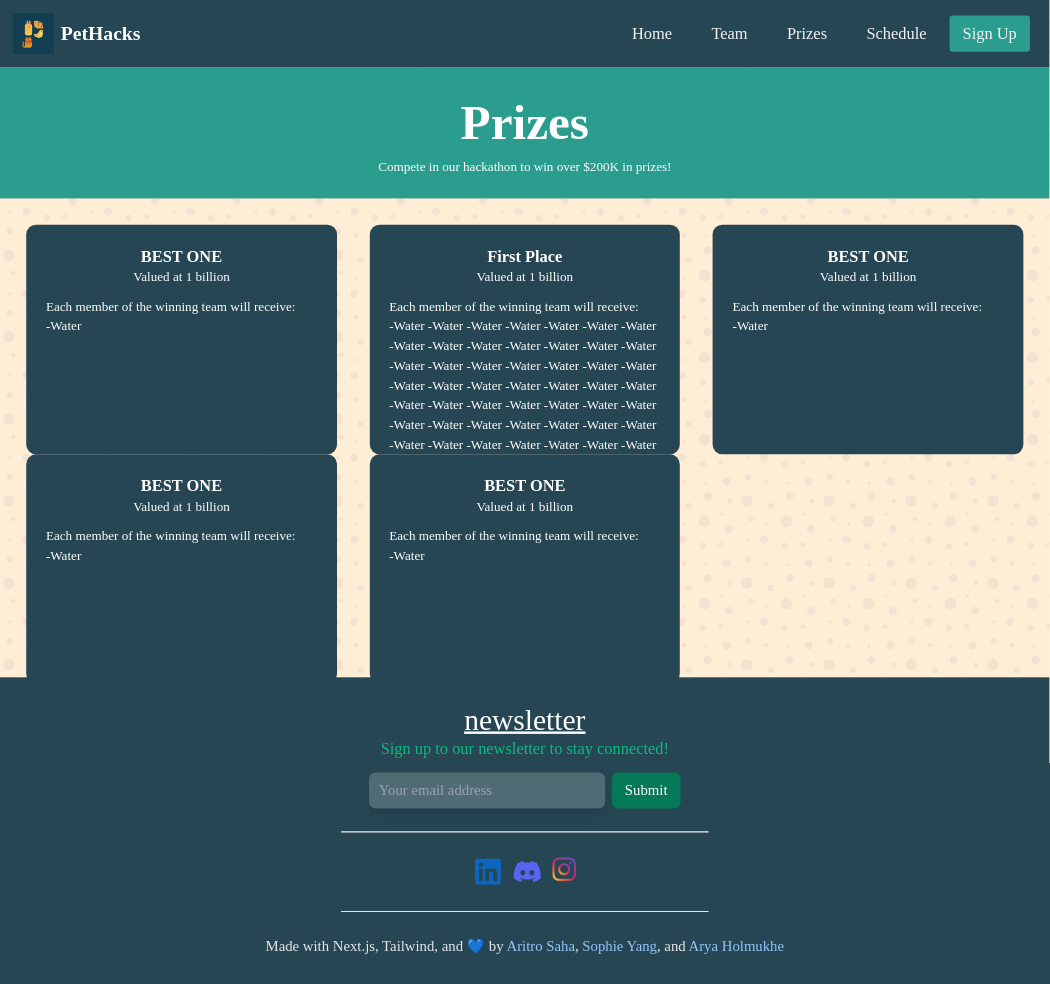
Repository: AritroSaha10/pethacks-website
Page: /prizes
The author's editor kept a copy of each file at every save. The page is drawn from the files as they stood at one save, then again after the next save.
The browser window is 1280 px wide. The pictures show the whole page, at 82% of full size.
Some web fonts or font styles are not loaded; a fallback is used. The project was rebuilt for these pictures with package versions that can differ from the ones it lists, and the page was loaded fresh each time. The framework's server and built-in components were replaced by stand-ins that run in the browser. Also part of the build but not shown: next.config.js.

Above is the page before, as saved 2022-09-10 09:55:00.

After the next save:
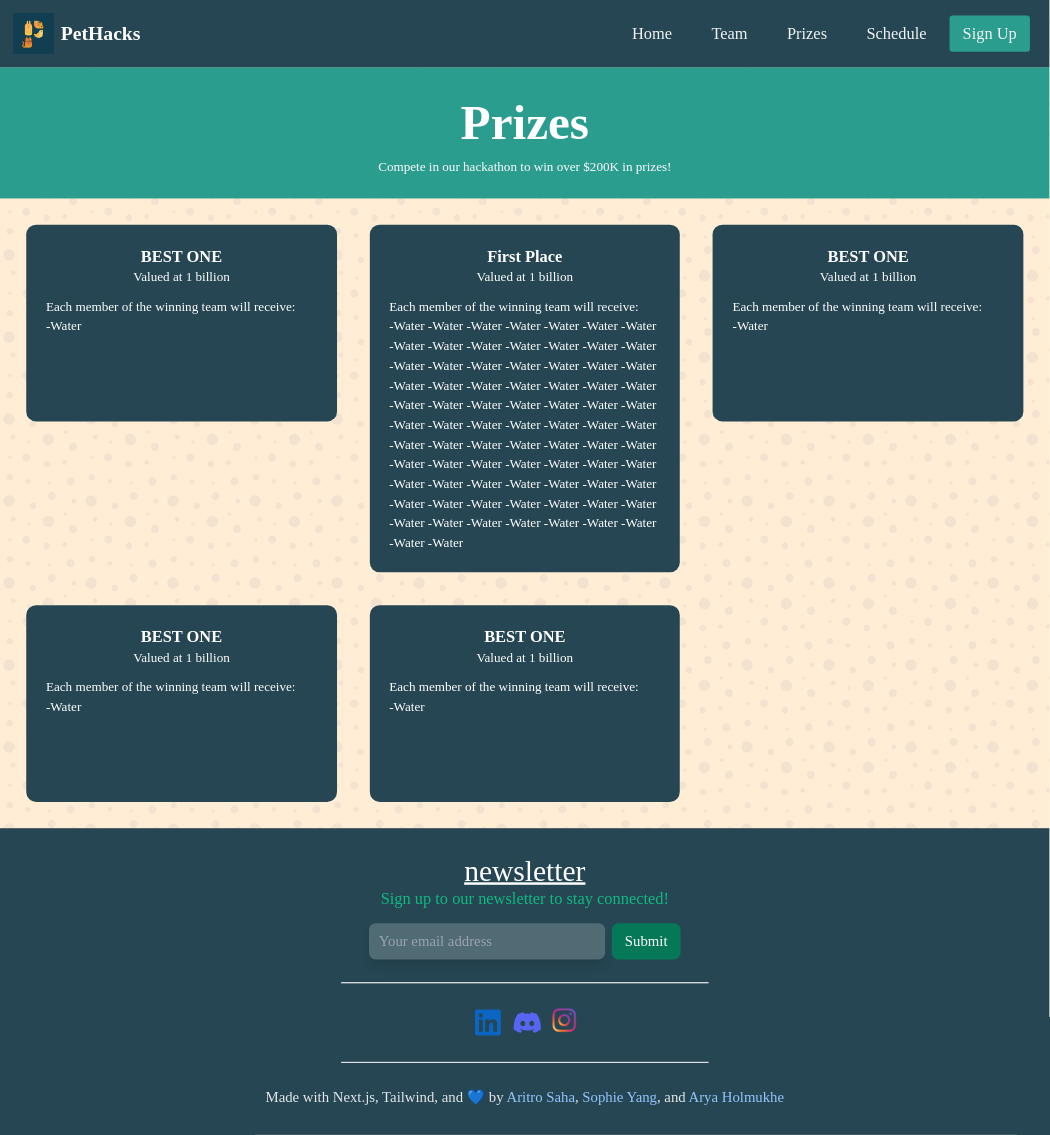
Saved 22 s later.
--- a/components/Prizes/Card.tsx
+++ b/components/Prizes/Card.tsx
@@ -4,7 +4,7 @@ import React from 'react';
 export default function Card ({title, valuation, info}: {title: string, valuation: string, info: string}) {
 
     return (
-        <div className="col-span-1 h-60 min-h-full p-6 m-5 bg-pet-teal rounded-xl  text-white" >
+        <div className="col-span-1 h-60 min-h-fit p-6 m-5 bg-pet-teal rounded-xl  text-white" >
             <div className="text-center">
                 <h1 className="text-xl font-bold">{title}</h1>
                 <p className="pb-3">Valued at {valuation}</p>
